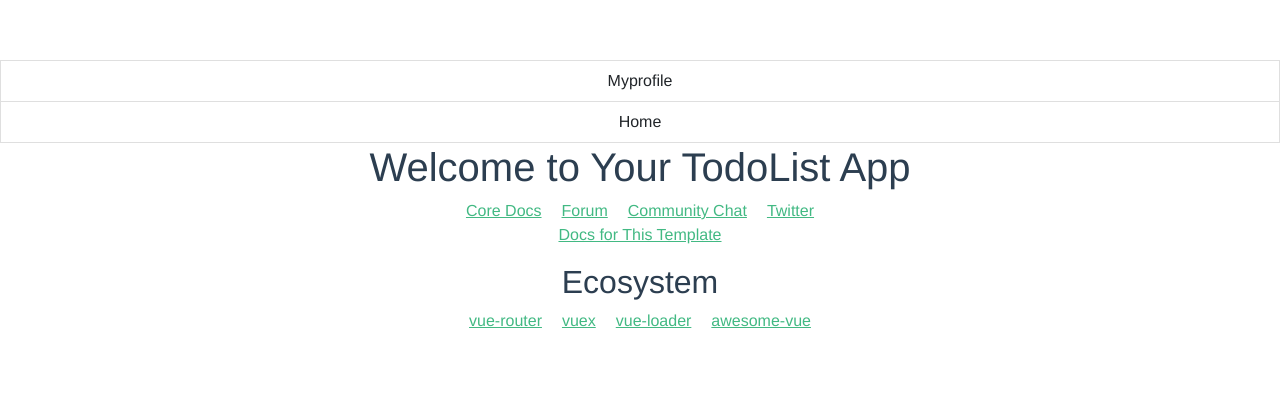
Repository: Shanshan67/todolist
Page: /
An editor plug-in stored every save of this project. The page is shown before and after the next save, followed by the edit.
The browser window is 1280 px wide. The pictures show the whole page.
The project was rebuilt for these pictures with package versions that can differ from the ones it lists, and the page was loaded fresh each time. Also part of the build but not shown: src/components/Myprofile.vue. Imported but missing from the stored project, and not drawn on this page: src/components/Home.

Above is the page before, as saved 2022-07-15 14:46:04.

After the next save:
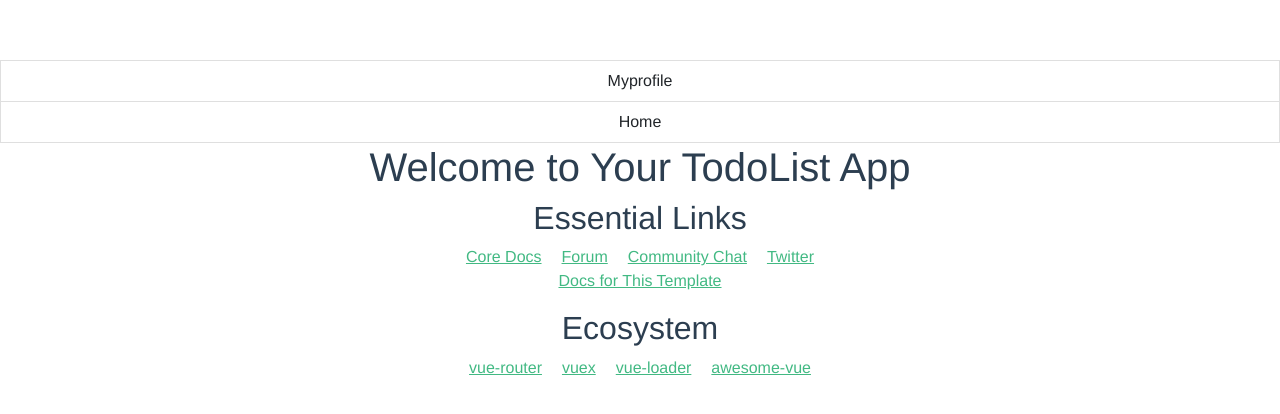
Saved 1 s later.
--- a/src/components/HelloWorld.vue
+++ b/src/components/HelloWorld.vue
@@ -1,6 +1,7 @@
 <template>
   <div class="hello">
-    <h1>Welcome to Your TodoList App</h1>
+    <h1>{{ msg }}</h1>
+    <h2>Essential Links</h2>
     <ul>
       <li>
         <a
@@ -87,7 +88,7 @@ export default {
   name: 'HelloWorld',
   data () {
     return {
-      msg: 'Welcome to Your Vue.js App'
+      msg: 'Welcome to Your TodoList App'
     }
   }
 }
